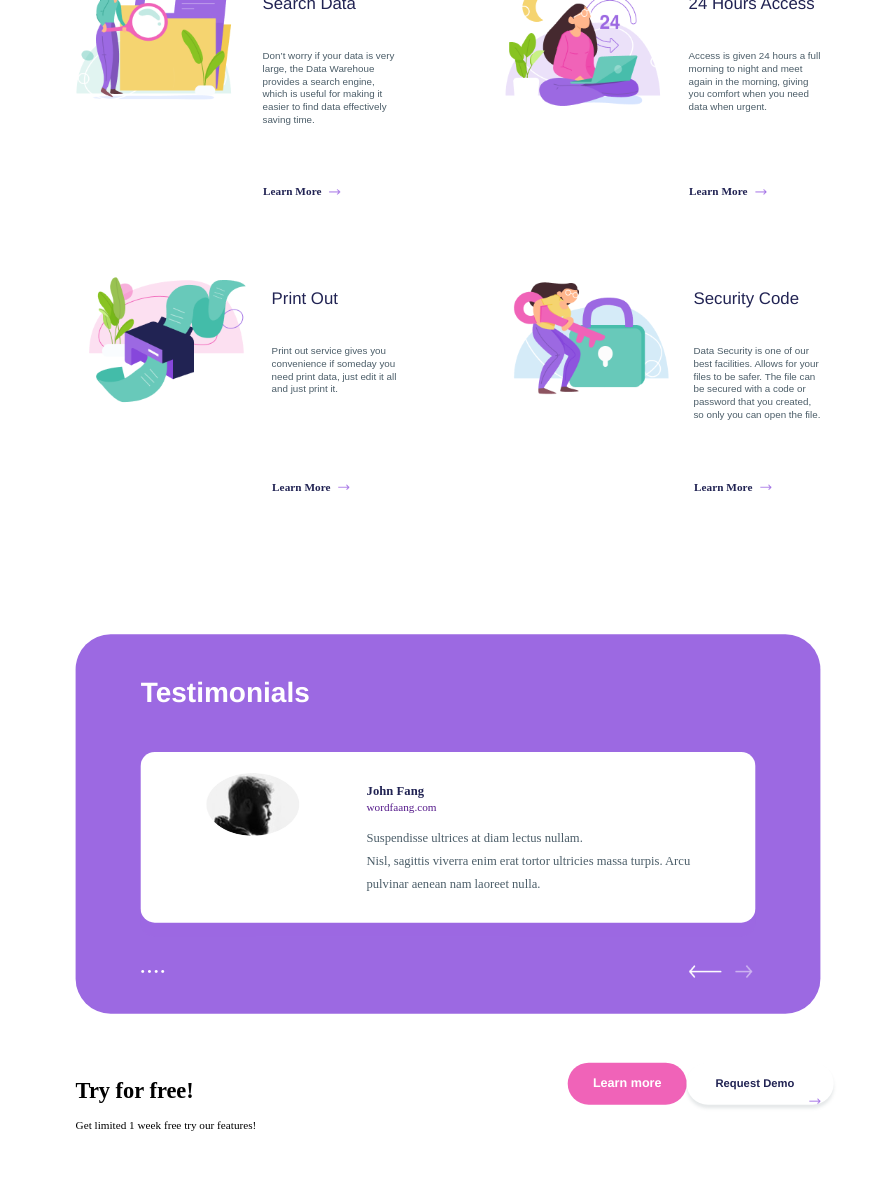
Repository: batonAnton/HW6_flexbox
Page: index.html
An editor plug-in stored every save of this project. The page is shown before and after the next save, followed by the edit.
The browser window is 1280 px wide. The pictures show the part of the page from y = 1593 to 3513 px (the page is 3295 px tall before and 3513 px after), at 70% of full size.
Some web fonts or font styles are not loaded; a fallback is used.

Above is the page before, as saved 2022-06-19 15:44:25.

After the next save:
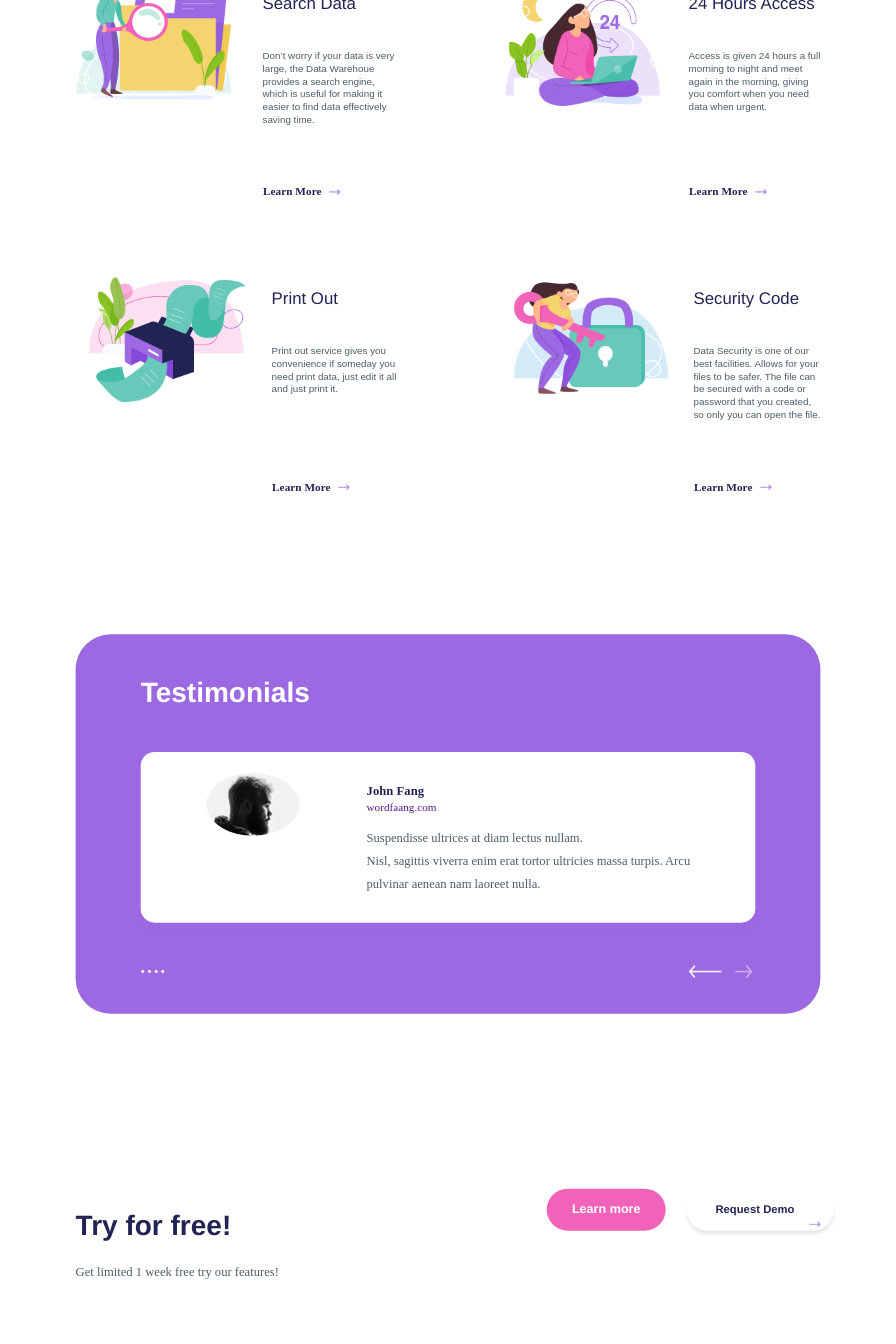
Saved 5 min 4 s later.
--- a/css/style.css
+++ b/css/style.css
@@ -295,9 +295,37 @@ h4{
   margin-top: -44px;
 }
 
+hr{
+  margin-top: 100px;
+  /* margin-bottom: 45px; */
+  background: #9C69E2;
+  opacity: 0.2;
+}
+
 .forfree{
+  margin-top: 250px;
   display: flex;
   justify-content: space-between;
+}
+
+.forfree h1{
+  font-family: 'Helvetica';
+font-style: normal;
+font-weight: 700;
+font-size: 40px;
+line-height: 130%;
+display: flex;
+align-items: center;
+color: #212353;
+}
+
+.forfree p{
+  font-family: 'Avenir';
+font-style: normal;
+font-weight: 500;
+font-size: 18px;
+line-height: 160%;
+color: #4B5D68;
 }
 
 .forfree button{
@@ -313,7 +341,7 @@ h4{
     height: 60px;
     border: none;
     cursor: pointer;
-    margin-left: ;
+    margin-left: 30px;
 }
 
 .forfree .header-btn button {
@@ -331,6 +359,10 @@ h4{
   letter-spacing: 0.005em;
 }
 
+.forfree .btn-img{
+  margin-top: -45px;
+}
+
 .btn-block{
   display: flex;
 
